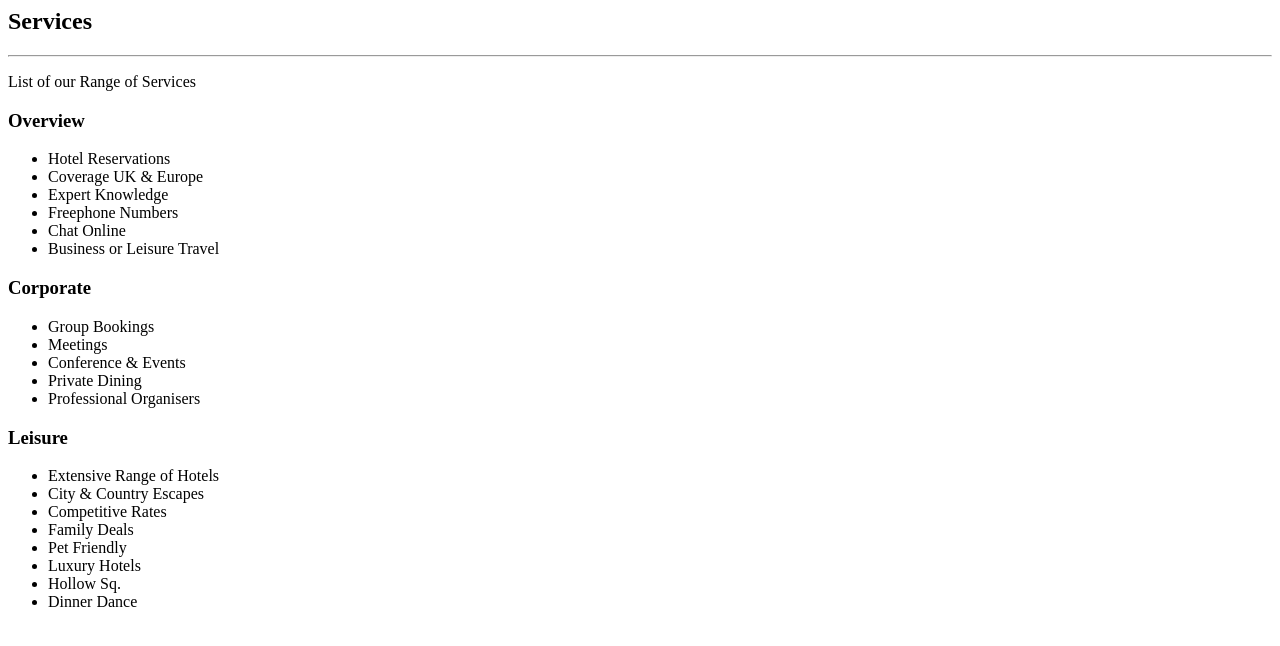
Repository: HackITtoday/newhotel
Page: app/Angular Blocks/meet-block.html
The author's editor kept a record of every edit. The page is drawn from the files as they stood at one moment, then again after the next edit.
The browser window is 1280 px wide. The pictures show the whole page.

Above is the page before.

### app/Angular Blocks/meet-block.html
<section id="meet" class="services">
    <div class="container">
        <div class="row text-center">
            <div class="col-lg-12 wow fadeIn">
                <h2>Services</h2></h2>
                <hr class="colored">
                <p>List of our Range of Services</p>
            </div>
        </div>
        <div class="row content-row">
            <div class="col-md-4 wow fadeIn" data-wow-delay=".2s">
                <div class="media">
                    <div class="pull-left">
                        <i class="fa fa-building-o"></i>
                    </div>
                    <div class="media-body">
                        <h3 class="media-heading">Overview</h3>
                        <ul>
                            <li>Hotel Reservations</li>
                            <li>Coverage UK & Europe</li>
                            <li>Expert Knowledge</li>
                            <li>Freephone Numbers</li>
                            <li>Chat Online</li>
                            <li>Business or Leisure Travel</li>
                        </ul>
                    </div>
                </div>
            </div>
            <div class="col-md-4 wow fadeIn" data-wow-delay=".4s">
                <div class="media">
                    <div class="pull-left">
                        <i class="fa fa-wifi"></i>
                    </div>
                    <div class="media-body">
                        <h3 class="media-heading">Corporate</h3>
                        <ul>
                            <li>Group Bookings</li>
                            <li>Meetings</li>
                            <li>Conference & Events</li>
                            <li>Private Dining</li>
                            <li>Professional Organisers</li>
                        </ul>
                    </div>
                </div>
            </div>
            <div class="col-md-4 wow fadeIn" data-wow-delay=".6s">
                <div class="media">
                    <div class="pull-left">
                        <i class="fa fa-th-large"></i>
                    </div>
                    <div class="media-body">
                        <h3 class="media-heading">Leisure</h3>
                        <ul>
                            <li>Extensive Range of Hotels</li>
                            <li>City & Country Escapes</li>
                            <li>Competitive Rates</li>
                            <li>Family Deals</li>
                            <li>Pet Friendly</li>
                            <li>Luxury Hotels</li>
                            <li>Hollow Sq.</li>
                            <li>Dinner Dance</li>
                        </ul>
                    </div>
                </div>
            </div>
        </div>
</section>

After the next edit:
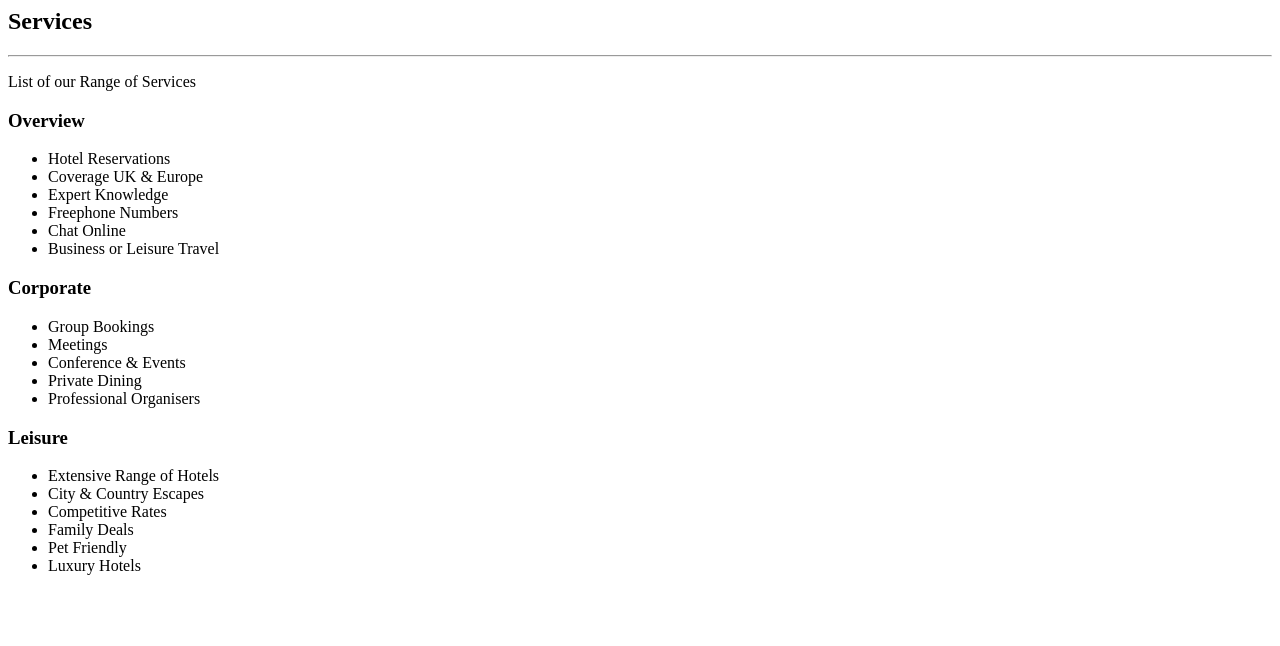
The edit:
--- a/app/Angular Blocks/meet-block.html
+++ b/app/Angular Blocks/meet-block.html
@@ -57,8 +57,6 @@
                             <li>Family Deals</li>
                             <li>Pet Friendly</li>
                             <li>Luxury Hotels</li>
-                            <li>Hollow Sq.</li>
-                            <li>Dinner Dance</li>
                         </ul>
                     </div>
                 </div>
